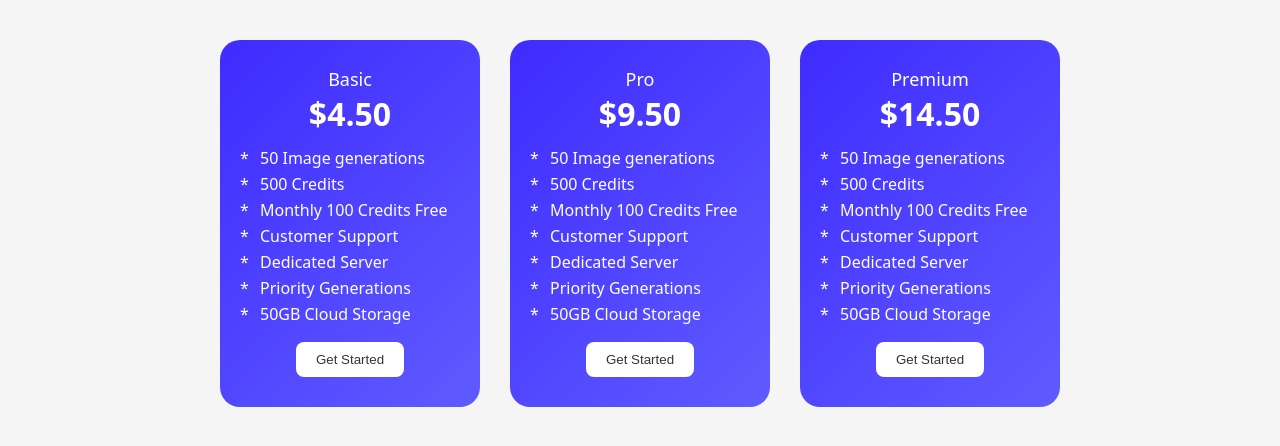
Repository: doanhieu0707/Homework-Day-5
Page: pricing-table.html
These files come from the project's save history. The page is drawn as it stood at one moment and after the next save; the edit follows.
The browser window is 1280 px wide. The pictures show the whole page.

Above is the page before, as saved 2026-04-02 14:57:28.

After the next save:
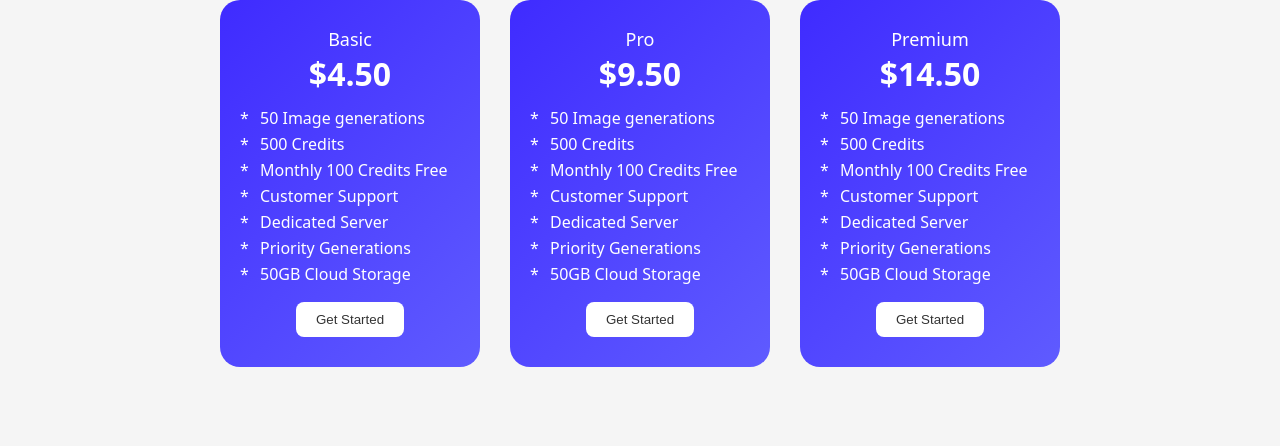
Saved 22 s later.
--- a/css/style.css
+++ b/css/style.css
@@ -158,7 +158,6 @@ body {
 /* =====  */
 body {
     background: #f5f5f5;
-    padding: 40px;
 }
 
 /* container */
